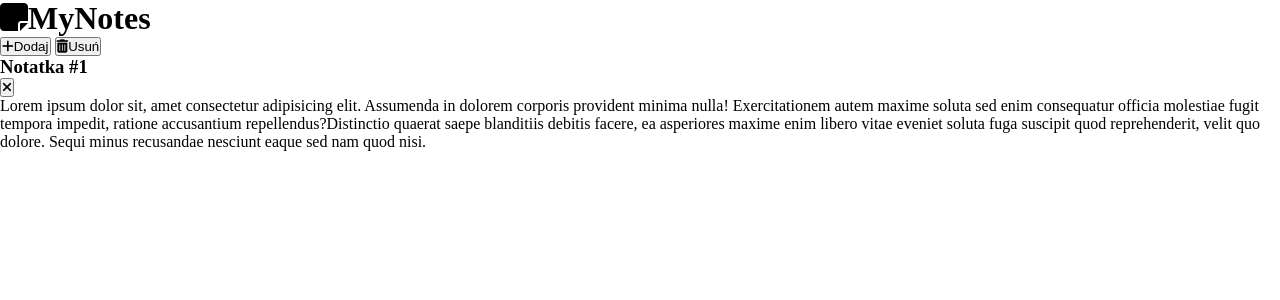
Repository: KrzysKolo/Projekt-7_Notes
Page: js/index.html
The author's editor kept a copy of each file at every save. The page is drawn from the files as they stood at one save, then again after the next save.
The browser window is 1280 px wide. The pictures show the whole page.
Some web libraries are served in a nearby version.

Above is the page before, as saved 2020-07-07 13:00:03.
Console error: SyntaxError: Unexpected token '<'

After the next save:
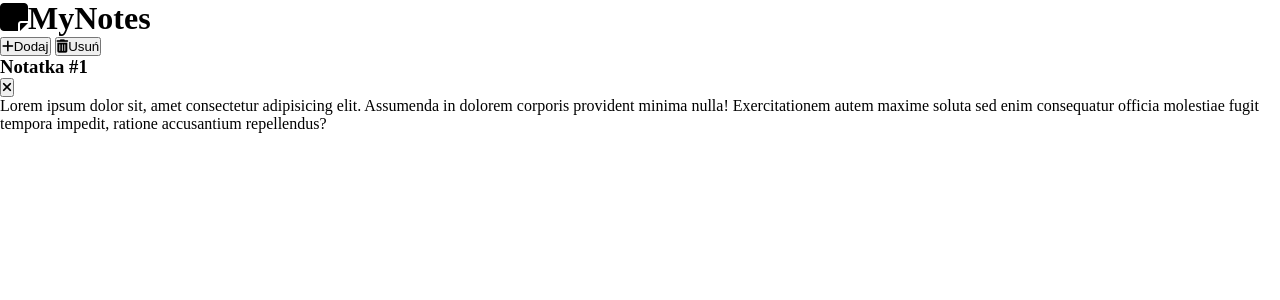
Saved 27 s later.
--- a/js/index.html
+++ b/js/index.html
@@ -36,10 +36,7 @@
           Lorem ipsum dolor sit, amet consectetur adipisicing elit. Assumenda in
           dolorem corporis provident minima nulla! Exercitationem autem maxime
           soluta sed enim consequatur officia molestiae fugit tempora impedit,
-          ratione accusantium repellendus?Distinctio quaerat saepe blanditiis
-          debitis facere, ea asperiores maxime enim libero vitae eveniet soluta
-          fuga suscipit quod reprehenderit, velit quo dolore. Sequi minus
-          recusandae nesciunt eaque sed nam quod nisi.
+          ratione accusantium repellendus?
         </div>
       </div>
     </div>
